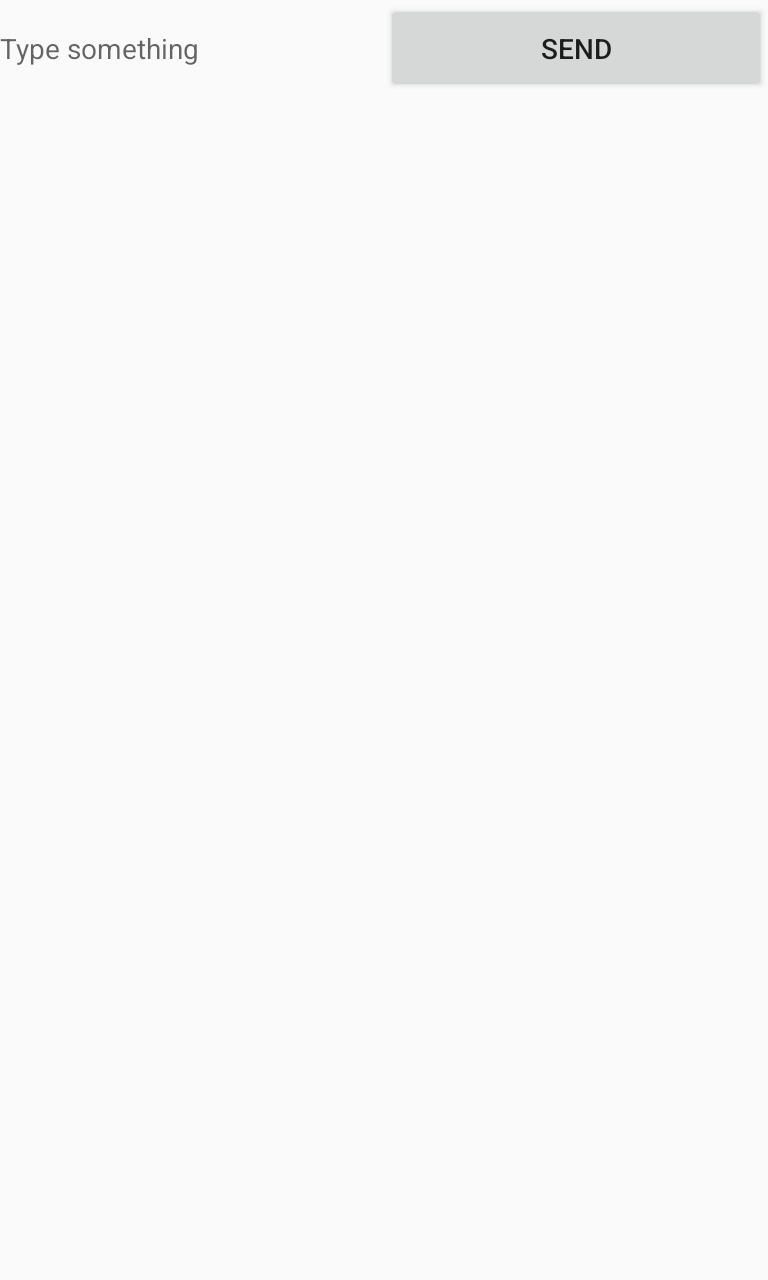
Repository: hohoTT/Android_summarize
Layout: UIWidgeTest/res/layout/layout_weight.xml
An editor plug-in stored every save of this project. The layout is shown before and after the next save, followed by the edit.
It is drawn on a 768 x 1280 px phone screen (xhdpi) without system bars, with theme AppTheme; the app's code is not run.

Above is the layout before, as saved 2016-02-23 11:54:30.

After the next save:
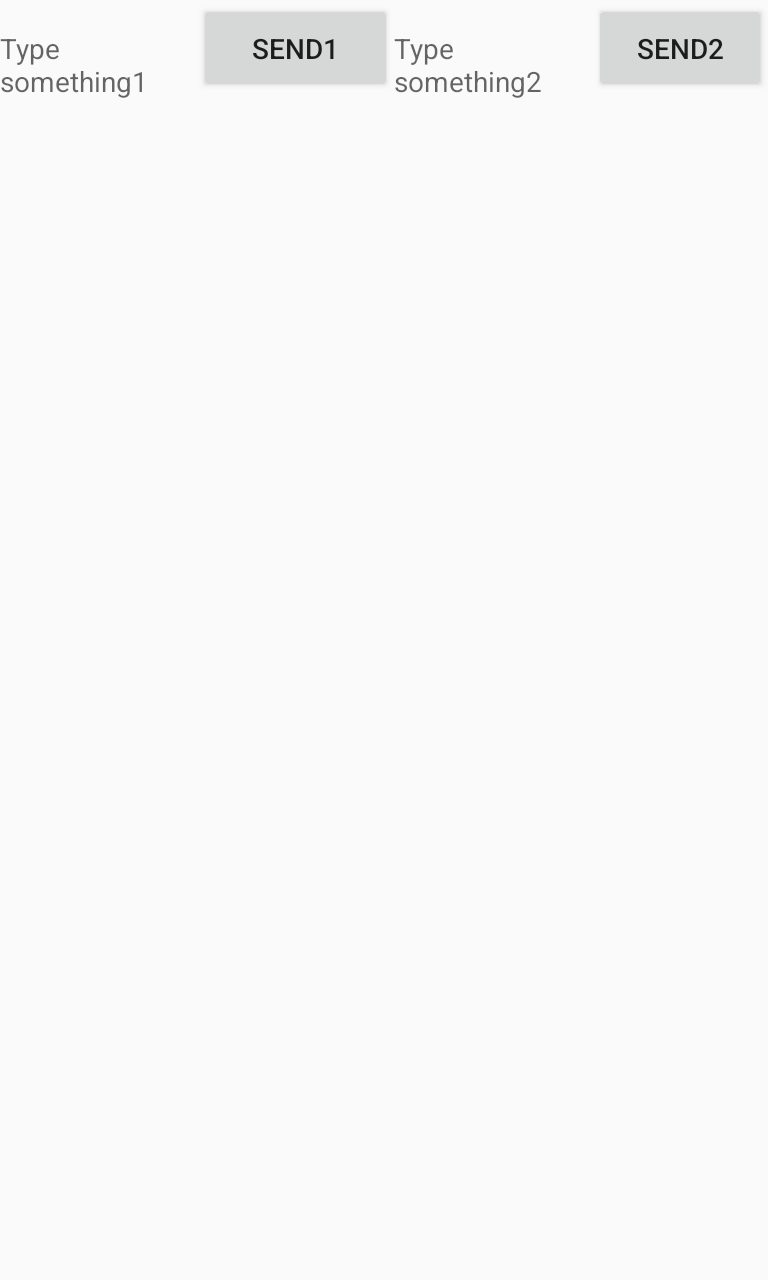
Saved 2 min 17 s later.
--- a/UIWidgeTest/res/layout/layout_weight.xml
+++ b/UIWidgeTest/res/layout/layout_weight.xml
@@ -4,17 +4,30 @@
     android:orientation="horizontal">
 
     <TextView
-        android:id="@+id/input_message"
+        android:id="@+id/input_message1"
         android:layout_width="0dp"
         android:layout_height="wrap_content"
         android:layout_weight="1"
-        android:hint="Type something" />
+        android:hint="Type something1" />
 
     <Button
-        android:id="@+id/send"
+        android:id="@+id/send1"
 		android:layout_width="0dp"
 		android:layout_height="wrap_content"
 		android:layout_weight="1"
-        android:text="Send" />
+        android:text="Send1" />
+
+    <TextView
+        android:id="@+id/input_message2"
+        android:layout_width="0dp"
+        android:layout_height="wrap_content"
+        android:layout_weight="1"
+        android:hint="Type something2" />
+
+    <Button
+        android:id="@+id/send2"
+		android:layout_width="wrap_content"
+		android:layout_height="wrap_content"
+        android:text="Send2" />
 
 </LinearLayout>

After the save that followed:
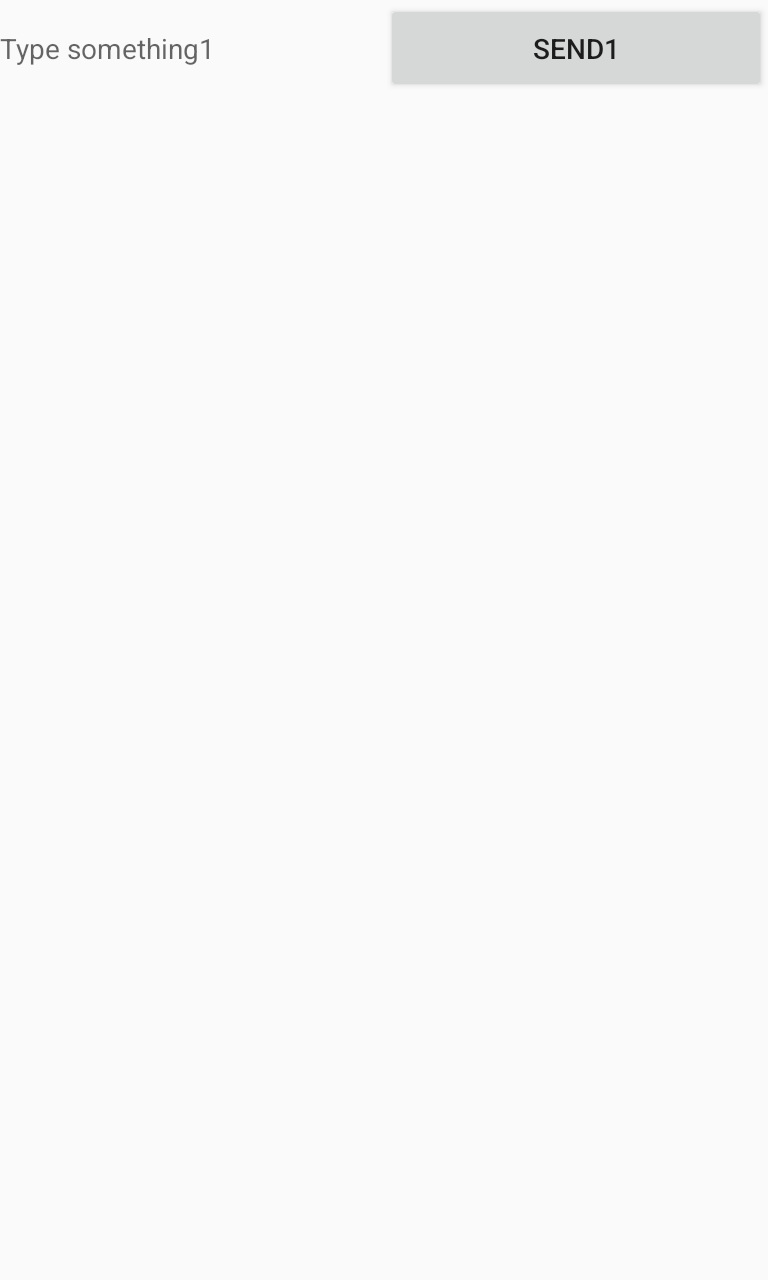
Saved 114 s later.
--- a/UIWidgeTest/res/layout/layout_weight.xml
+++ b/UIWidgeTest/res/layout/layout_weight.xml
@@ -1,33 +1,49 @@
 <LinearLayout xmlns:android="http://schemas.android.com/apk/res/android"
     android:layout_width="match_parent"
     android:layout_height="match_parent"
-    android:orientation="horizontal">
+    android:orientation="vertical">
 
-    <TextView
-        android:id="@+id/input_message1"
-        android:layout_width="0dp"
-        android:layout_height="wrap_content"
-        android:layout_weight="1"
-        android:hint="Type something1" />
+    <LinearLayout
+        android:layout_width="match_parent"
+	    android:layout_height="match_parent"
+	    android:orientation="horizontal">
 
-    <Button
-        android:id="@+id/send1"
-		android:layout_width="0dp"
-		android:layout_height="wrap_content"
-		android:layout_weight="1"
-        android:text="Send1" />
+        <TextView
+	        android:id="@+id/input_message1"
+	        android:layout_width="0dp"
+	        android:layout_height="wrap_content"
+	        android:layout_weight="1"
+	        android:hint="Type something1" />
 
-    <TextView
-        android:id="@+id/input_message2"
-        android:layout_width="0dp"
-        android:layout_height="wrap_content"
-        android:layout_weight="1"
-        android:hint="Type something2" />
+    	<Button
+	        android:id="@+id/send1"
+			android:layout_width="0dp"
+			android:layout_height="wrap_content"
+			android:layout_weight="1"
+	        android:text="Send1" />
 
-    <Button
-        android:id="@+id/send2"
-		android:layout_width="wrap_content"
-		android:layout_height="wrap_content"
-        android:text="Send2" />
+    </LinearLayout>
+
+    <LinearLayout
+        android:layout_width="match_parent"
+	    android:layout_height="match_parent"
+	    android:orientation="horizontal">
+
+        <TextView
+	        android:id="@+id/input_message2"
+	        android:layout_width="0dp"
+	        android:layout_height="wrap_content"
+	        android:layout_weight="1"
+	        android:hint="Type something2" />
+
+	    <Button
+	        android:id="@+id/send2"
+			android:layout_width="wrap_content"
+			android:layout_height="wrap_content"
+	        android:text="Send2" />
+
+    </LinearLayout>
+
+
 
 </LinearLayout>
